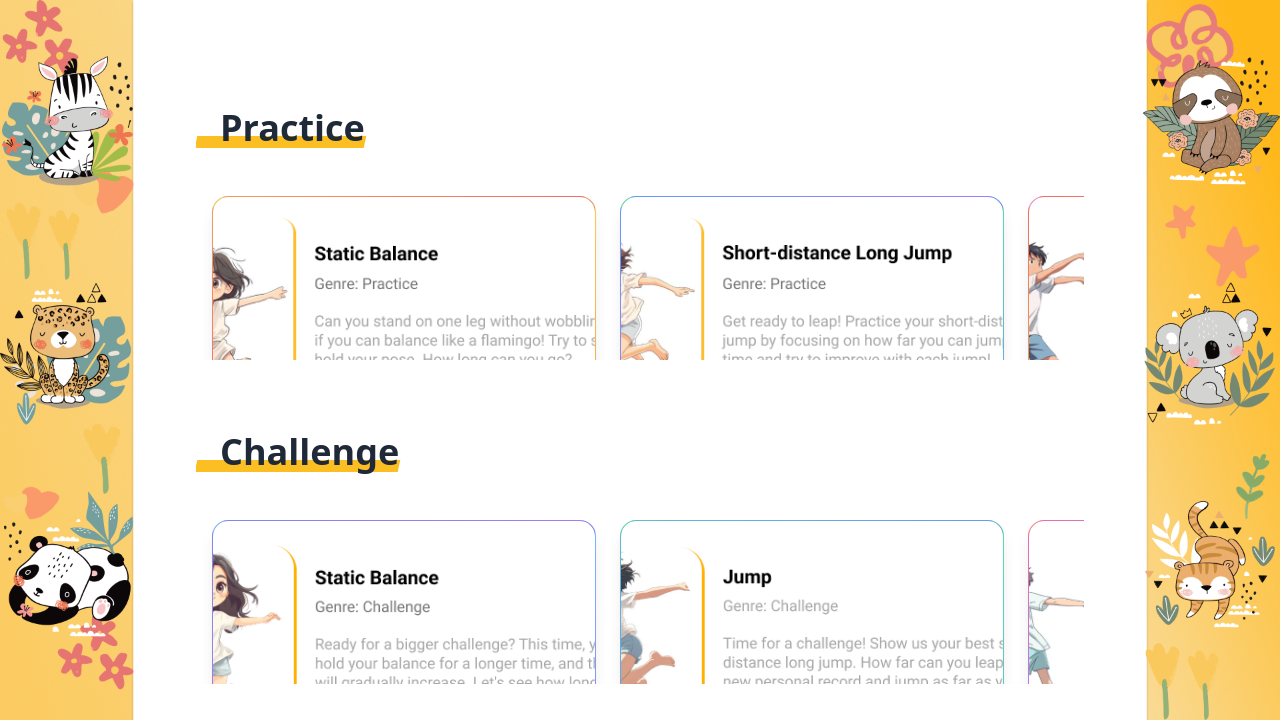
Repository: Jayhawk2000/AR_Game_DCD_Children
Page: homepage.html
The author's editor kept a copy of each file at every save. The page is drawn from the files as they stood at one save, then again after the next save.
The browser window is 1280 px wide. The pictures show the whole page.

Above is the page before, as saved 2024-10-16 13:45:54.

### homepage.html
<!DOCTYPE html>
<html lang="en">
<head>
<meta charset="UTF-8">
<meta name="viewport" content="width=device-width, initial-scale=1.0">
<title>Homepage</title>
<link href="https://cdn.jsdelivr.net/npm/tailwindcss@2.2.19/dist/tailwind.min.css" rel="stylesheet">
<style>
    body, html {
        margin: 0;
        padding: 0;
        width: 100vw;
        height: 100vh;
        overflow: hidden;
    }

    .background {
        background-image: url('img/homepage.png');
        background-size: 100vw 100vh;
        background-repeat: no-repeat;
        background-position: center center;
        background-attachment: fixed;
        height: 100vh;
        display: flex;
        justify-content: center;
        align-items: center;
    }

    .content {
        width: 75vw;
        height: 100%;
        background-color: white;
        display: flex;
        flex-direction: column;
        padding: 5vh;
    }

    .section {
        flex: 1;
        overflow: hidden;
        position: relative;
    }

    /* 美化滚动条 */
    .card-slider::-webkit-scrollbar {
        height: 8px;
    }
    .card-slider::-webkit-scrollbar-track {
        background: #f1f1f1;
        border-radius: 4px;
    }
    .card-slider::-webkit-scrollbar-thumb {
        background: #FFB000;
        border-radius: 4px;
        transition: background-color 0.3s ease;
    }
    .card-slider::-webkit-scrollbar-thumb:hover {
        background: #e09e00;
    }
</style>
</head>
<body>

<div class="background">
    <div class="content">
        <div class="section">
            <br><br><br>
            <h2 class="text-4xl font-bold text-gray-800 mb-8 relative pl-6 inline-block">
                <span class="relative z-10">Practice</span>
                <span class="absolute left-0 bottom-0 w-full h-3 bg-yellow-400 transform -skew-x-12"></span>
            </h2>
            <div class="card-slider overflow-x-auto snap-x snap-mandatory flex space-x-6 p-4">
                <a href="prac_bal.html" class="card flex-none w-96 h-64 bg-gradient-to-br from-yellow-400 via-orange-500 to-red-500 rounded-2xl shadow-lg hover:shadow-2xl transition-all duration-300 relative overflow-hidden group border border-white border-opacity-20">
                    <div class="absolute inset-0 bg-black opacity-40"></div>
                    <div class="absolute inset-0 bg-cover bg-center" style="background-image: url('img/balance_practice.png');"></div>
                    <div class="absolute inset-0 bg-gradient-to-t from-black via-transparent to-transparent opacity-0 group-hover:opacity-100 transition-opacity duration-300 flex flex-col justify-end p-6">
                        <h3 class="text-white text-2xl font-bold mb-2 transform translate-y-2 group-hover:translate-y-0 transition-transform duration-300">Balance Practice</h3>
                        <p class="text-white text-sm opacity-0 group-hover:opacity-100 transition-opacity duration-300 delay-100">Improve your balance skills</p>
                    </div>
                </a>
                <a href="prac_jump.html" class="card flex-none w-96 h-64 bg-gradient-to-br from-green-400 via-blue-500 to-purple-500 rounded-2xl shadow-lg hover:shadow-2xl transition-all duration-300 relative overflow-hidden group border border-white border-opacity-20">
                    <div class="absolute inset-0 bg-black opacity-40"></div>
                    <div class="absolute inset-0 bg-cover bg-center" style="background-image: url('img/jump_practice.png');"></div>
                    <div class="absolute inset-0 bg-gradient-to-t from-black via-transparent to-transparent opacity-0 group-hover:opacity-100 transition-opacity duration-300 flex flex-col justify-end p-6">
                        <h3 class="text-white text-2xl font-bold mb-2 transform translate-y-2 group-hover:translate-y-0 transition-transform duration-300">Jump Practice</h3>
                        <p class="text-white text-sm opacity-0 group-hover:opacity-100 transition-opacity duration-300 delay-100">Enhance your jumping technique</p>
                    </div>
                </a>
                <a href="prac_throw.html" class="card flex-none w-96 h-64 bg-gradient-to-br from-pink-400 via-red-500 to-yellow-500 rounded-2xl shadow-lg hover:shadow-2xl transition-all duration-300 relative overflow-hidden group border border-white border-opacity-20">
                    <div class="absolute inset-0 bg-black opacity-40"></div>
                    <div class="absolute inset-0 bg-cover bg-center" style="background-image: url('img/throw_practice.png');"></div>
                    <div class="absolute inset-0 bg-gradient-to-t from-black via-transparent to-transparent opacity-0 group-hover:opacity-100 transition-opacity duration-300 flex flex-col justify-end p-6">
                        <h3 class="text-white text-2xl font-bold mb-2 transform translate-y-2 group-hover:translate-y-0 transition-transform duration-300">Throw Practice</h3>
                        <p class="text-white text-sm opacity-0 group-hover:opacity-100 transition-opacity duration-300 delay-100">Perfect your throwing skills</p>
                    </div>
                </a>
            </div>
        </div>
        <div class="section">
            <br><br><br>
            <h2 class="text-4xl font-bold text-gray-800 mb-8 relative pl-6 inline-block">
                <span class="relative z-10">Challenge</span>
                <span class="absolute left-0 bottom-0 w-full h-3 bg-yellow-400 transform -skew-x-12"></span>
            </h2>
            <div class="card-slider overflow-x-auto snap-x snap-mandatory flex space-x-6 p-4">
                <a href="cha_bal.html" class="card flex-none w-96 h-64 bg-gradient-to-br from-blue-400 via-indigo-500 to-purple-500 rounded-2xl shadow-lg hover:shadow-2xl transition-all duration-300 relative overflow-hidden group border border-white border-opacity-20">
                    <div class="absolute inset-0 bg-black opacity-40"></div>
                    <div class="absolute inset-0 bg-cover bg-center" style="background-image: url('img/balance_challenge.png');"></div>
                    <div class="absolute inset-0 bg-gradient-to-t from-black via-transparent to-transparent opacity-0 group-hover:opacity-100 transition-opacity duration-300 flex flex-col justify-end p-6">
                        <h3 class="text-white text-2xl font-bold mb-2 transform translate-y-2 group-hover:translate-y-0 transition-transform duration-300">Balance Challenge</h3>
                        <p class="text-white text-sm opacity-0 group-hover:opacity-100 transition-opacity duration-300 delay-100">Test your balance skills</p>
                    </div>
                </a>
                <a href="cha_jump.html" class="card flex-none w-96 h-64 bg-gradient-to-br from-green-400 via-teal-500 to-blue-500 rounded-2xl shadow-lg hover:shadow-2xl transition-all duration-300 relative overflow-hidden group border border-white border-opacity-20">
                    <div class="absolute inset-0 bg-black opacity-40"></div>
                    <div class="absolute inset-0 bg-cover bg-center" style="background-image: url('img/jump_challenge.png');"></div>
                    <div class="absolute inset-0 bg-gradient-to-t from-black via-transparent to-transparent opacity-0 group-hover:opacity-100 transition-opacity duration-300 flex flex-col justify-end p-6">
                        <h3 class="text-white text-2xl font-bold mb-2 transform translate-y-2 group-hover:translate-y-0 transition-transform duration-300">Jump Challenge</h3>
                        <p class="text-white text-sm opacity-0 group-hover:opacity-100 transition-opacity duration-300 delay-100">Push your jumping limits</p>
                    </div>
                </a>
                <a href="cha_throw.html" class="card flex-none w-96 h-64 bg-gradient-to-br from-red-400 via-pink-500 to-purple-500 rounded-2xl shadow-lg hover:shadow-2xl transition-all duration-300 relative overflow-hidden group border border-white border-opacity-20">
                    <div class="absolute inset-0 bg-black opacity-40"></div>
                    <div class="absolute inset-0 bg-cover bg-center" style="background-image: url('img/throw_challenge.png');"></div>
                    <div class="absolute inset-0 bg-gradient-to-t from-black via-transparent to-transparent opacity-0 group-hover:opacity-100 transition-opacity duration-300 flex flex-col justify-end p-6">
                        <h3 class="text-white text-2xl font-bold mb-2 transform translate-y-2 group-hover:translate-y-0 transition-transform duration-300">Throw Challenge</h3>
                        <p class="text-white text-sm opacity-0 group-hover:opacity-100 transition-opacity duration-300 delay-100">Challenge your throwing accuracy</p>
                    </div>
                </a>
            </div>
        </div>
    </div>
</div>

</body>
</html>

After the next save:
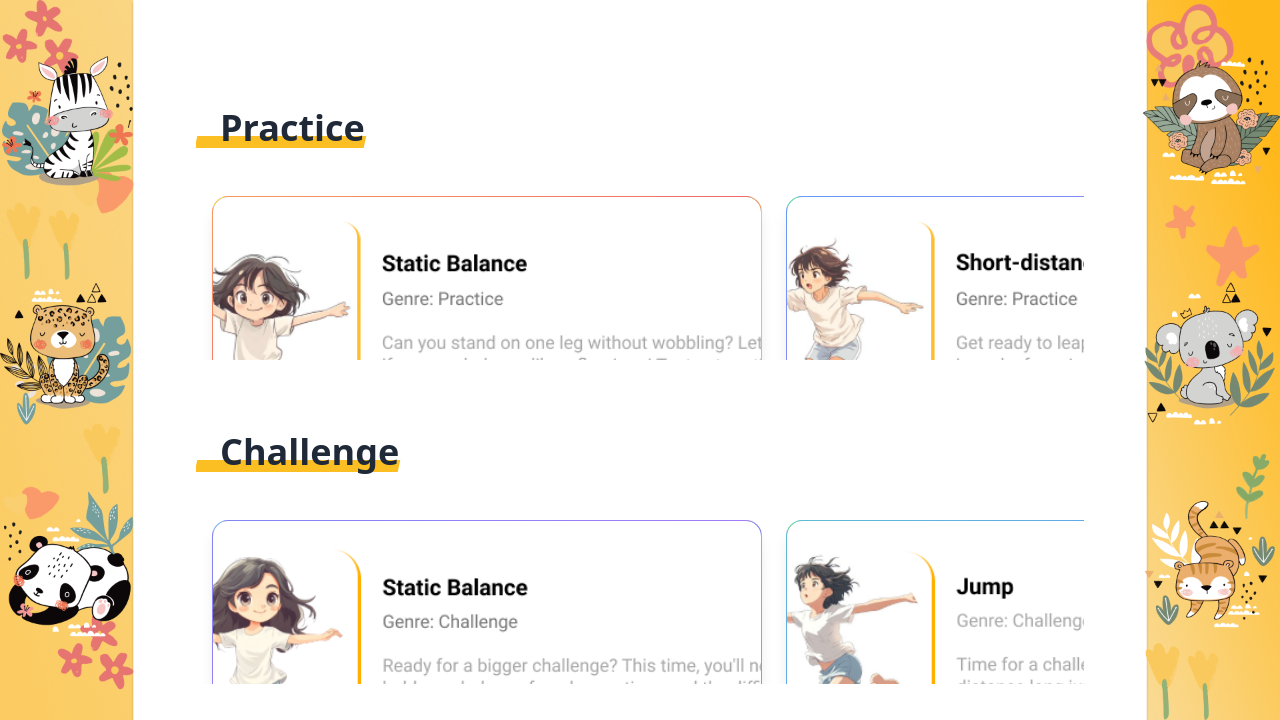
Saved 4 s later.
--- a/homepage.html
+++ b/homepage.html
@@ -41,6 +41,11 @@
         position: relative;
     }
 
+    .card-slider {
+        overflow-x: auto;
+        padding-bottom: 20px;
+    }
+
     /* 美化滚动条 */
     .card-slider::-webkit-scrollbar {
         height: 8px;
@@ -56,6 +61,11 @@
     }
     .card-slider::-webkit-scrollbar-thumb:hover {
         background: #e09e00;
+    }
+
+    .card {
+        width: 550px; /* 增加卡片宽度 */
+        height: 300px; /* 保持卡片高度不变 */
     }
 </style>
 </head>
